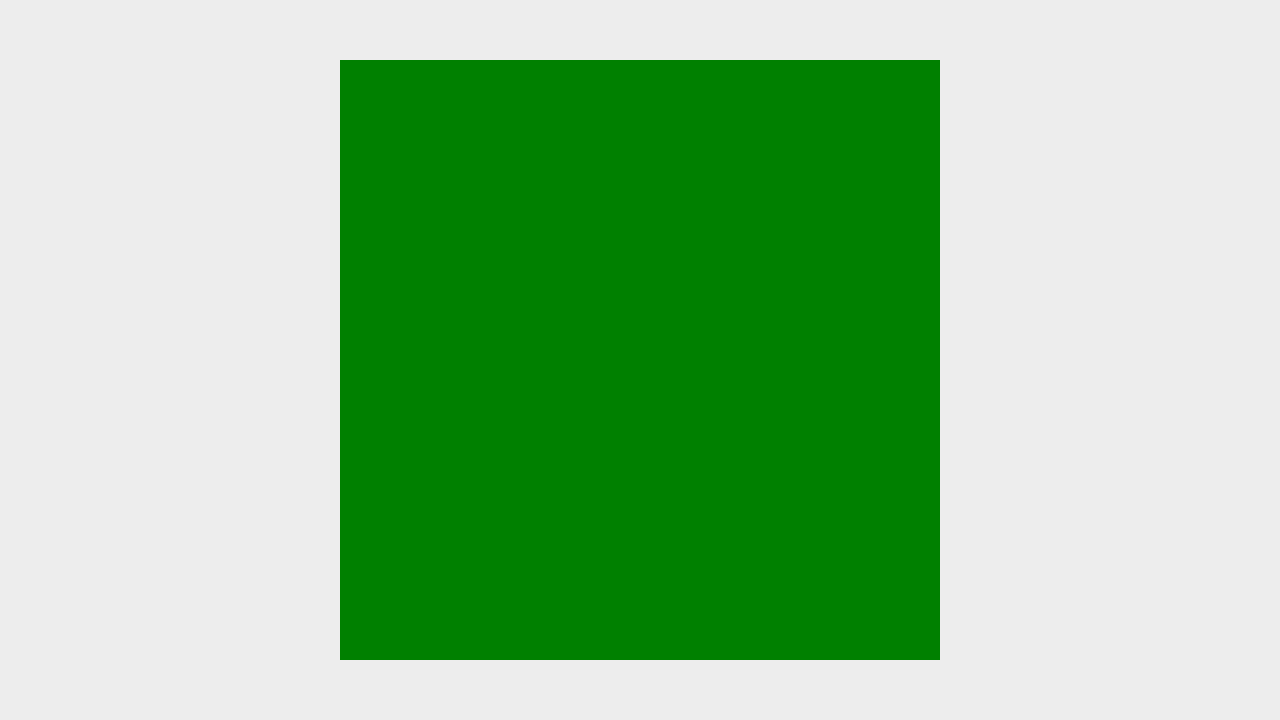
Repository: Hcmwebs/jsInbuiltMethod
Page: tic-tac-toe/index.html
An editor plug-in stored every save of this project. The page is shown before and after the next save, followed by the edit.
The browser window is 1280 px wide. The pictures show the whole page.

Above is the page before, as saved 2020-11-20 16:10:33.

### tic-tac-toe/index.html
<!DOCTYPE html>
<html lang="en">
  <head>
    <meta charset="UTF-8" />
    <meta name="viewport" content="width=device-width, initial-scale=1.0" />
    <title>Tic Tac Toe</title>
    <link rel="stylesheet" href="style.css" />
    <script src="app.js" defer charset="utf-8"></script>
  </head>
  <body>
    <div class="grid">
      <div></div>
      <div></div>
      <div></div>
      <div></div>
      <div></div>
      <div></div>
      <div></div>
      <div></div>
      <div></div>
    </div>
  </body>
</html>

### tic-tac-toe/style.css

body{
  width: 100%;
  height: 100vh;
  margin: 0;
  padding: 0;
  box-sizing: border-box;
  display: grid;
  place-items: center;
  background-color: #ededed;
}


.grid{
  width: 600px;
  height: 600px;
  display: flex;
  flex-wrap: wrap;
}



.grid div{
  width: 200px;
  height: 200px;
  background-color: green;
}

### tic-tac-toe/app.js
document.addEventListener('DOMContentLoaded', () => {

  const squares = document.querySelectorAll('.grid div')

  squares.forEach(square =>{
    square.addEventListener('click', doThis)
  })

  function doThis(e){
    const squareArr = Array.from(squares);
    const index = squareArr.indexOf(e.target);
    console.log(index)
  }
})

After the next save:
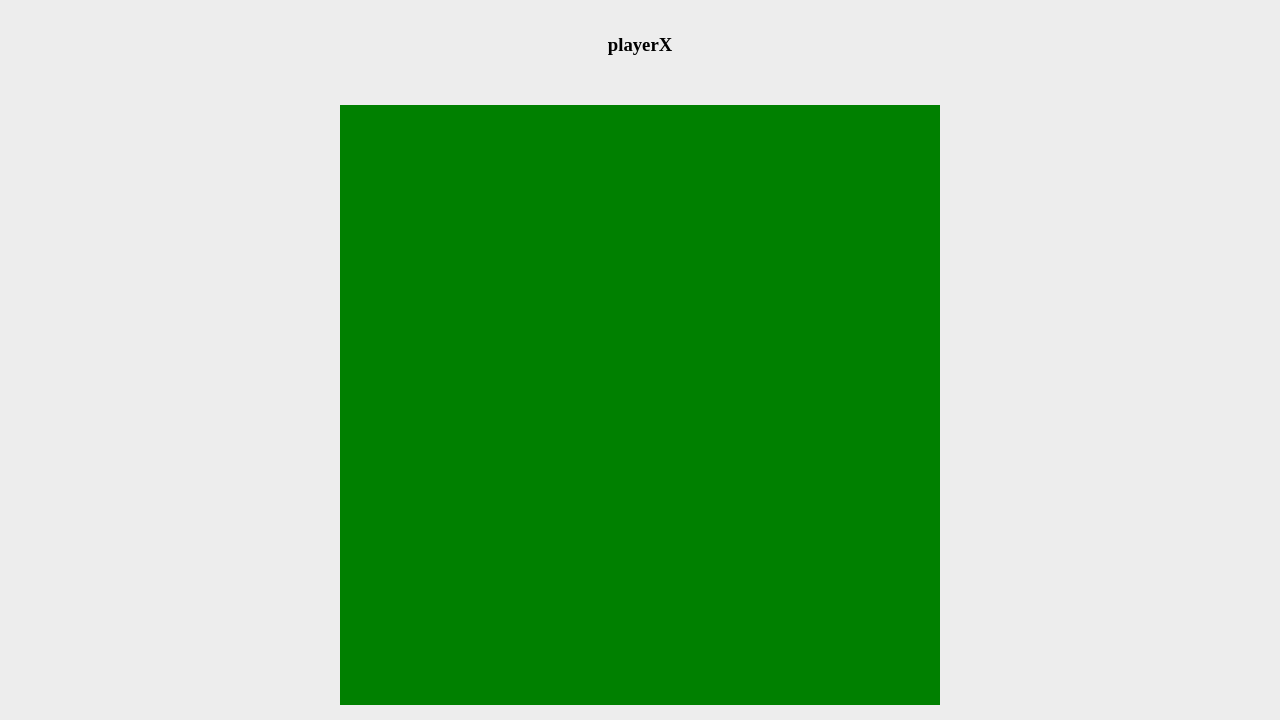
Saved 104 s later.
--- a/tic-tac-toe/index.html
+++ b/tic-tac-toe/index.html
@@ -7,6 +7,8 @@
     <link rel="stylesheet" href="style.css" />
     <script src="app.js" defer charset="utf-8"></script>
   </head>
+
+  <h3 id="player">playerX</h3>
   <body>
     <div class="grid">
       <div></div>
